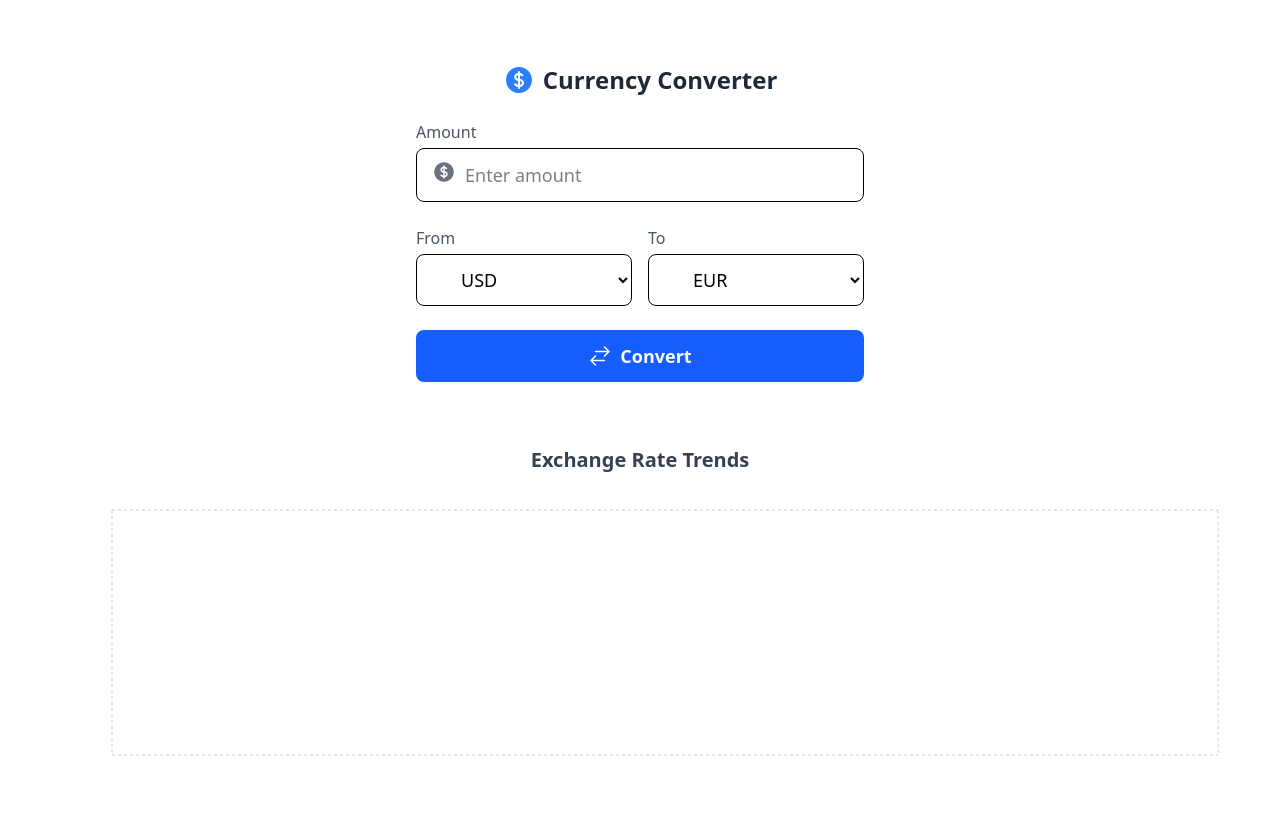
Repository: adrcstro/withcenter_developer_exam
Page: /
The author's editor kept a copy of each file at every save. The page is drawn from the files as they stood at one save, then again after the next save.
The browser window is 1280 px wide. The pictures show the whole page.
The page's requests for data from a server got no answer. The project was rebuilt for these pictures with package versions that can differ from the ones it lists, and the page was loaded fresh each time. No one was signed in, and anything a server would have sent is missing. Also part of the build but not shown: vite.config.ts.

Above is the page before, as saved 2025-03-17 07:56:17.

### index.html
<!doctype html>
<html lang="en">
  <head>
    <meta charset="UTF-8" />
    <link rel="icon" type="image/svg+xml" href="/vite.svg" />
    <meta name="viewport" content="width=device-width, initial-scale=1.0" />
    <title>Vite + React + TS</title>
    <!-- public/index.html -->
  <link href="https://fonts.googleapis.com/css2?family=Montserrat:wght@300;400;500;700&display=swap" rel="stylesheet">


  </head>
  <body>
    <div id="root"></div>
    <script type="module" src="/src/main.tsx"></script>
  </body>
</html>

### src/main.tsx

import { createRoot } from 'react-dom/client'
import './index.css'
import App from './App.tsx'

createRoot(document.getElementById('root')!).render(

    <App />

)

### src/App.tsx
// src/App.tsx
import { Provider } from "react-redux";
import { QueryClient, QueryClientProvider } from "@tanstack/react-query";
import { store } from "./Store/store";
import { useAppDispatch, useAppSelector } from "./Store/hooks";
import { setAmount, setFromCurrency, setToCurrency, setConvertedAmount } from "./Store/exchangeRateSlice";
import { useExchangeRates } from "./Store/useExchangeRates";
import { ArrowsRightLeftIcon, CurrencyDollarIcon } from "@heroicons/react/24/solid";
import { AreaChart, Area, XAxis, YAxis, CartesianGrid, Tooltip, ResponsiveContainer } from "recharts";

const currencies = ["USD", "EUR", "GBP", "JPY", "INR"];
const queryClient = new QueryClient();

function CurrencyConverter() {
  const dispatch = useAppDispatch();
  const { fromCurrency, toCurrency, amount, convertedAmount } = useAppSelector((state) => state.exchangeRates);
  const { data: exchangeRates} = useExchangeRates(fromCurrency);

  const handleConvert = () => {
    if (!exchangeRates) return;
    const rate = exchangeRates[toCurrency] || 1;
    dispatch(setConvertedAmount((parseFloat(amount) * rate).toFixed(2)));
  };

  const chartData = exchangeRates ?
    Object.entries(exchangeRates).map(([currency, rate]) => ({ currency, rate })) : [];

  return (
    <div className="flex flex-col items-center justify-center min-h-screen bg-white p-8">
 <div className="flex flex-col items-center justify-center w-full max-w-[3000px] px-8">

    <div className="bg-white rounded-xl p-8 w-full max-w-lg">

          <h2 className="text-2xl font-bold text-gray-800 text-center mb-6 flex items-center justify-center gap-2">
            <CurrencyDollarIcon className="w-8 h-8 text-blue-500" />
            Currency Converter
          </h2>

          <div className="mb-6">
            <label className="block text-gray-600 text-base font-medium">Amount</label>
            <div className="relative">
              <input
                type="number"
                value={amount}
                onChange={(e) => dispatch(setAmount(e.target.value))}
                className="w-full mt-1 pl-12 pr-4 py-3 border rounded-lg text-lg focus:outline-none focus:ring-2 focus:ring-blue-400"
                placeholder="Enter amount"
              />
              <CurrencyDollarIcon className="w-6 h-6 text-gray-500 absolute left-4 top-4" />
            </div>
          </div>

          <div className="flex gap-4 mb-6">
            <div className="w-1/2">
              <label className="block text-gray-600 text-base font-medium">From</label>
              <select
                value={fromCurrency}
                onChange={(e) => dispatch(setFromCurrency(e.target.value))}
                className="w-full mt-1 pl-10 pr-4 py-3 border rounded-lg text-lg focus:outline-none focus:ring-2 focus:ring-blue-400"
              >
                {currencies.map((currency) => (
                  <option key={currency} value={currency}>{currency}</option>
                ))}
              </select>
            </div>
            <div className="w-1/2">
              <label className="block text-gray-600 text-base font-medium">To</label>
              <select
                value={toCurrency}
                onChange={(e) => dispatch(setToCurrency(e.target.value))}
                className="w-full mt-1 pl-10 pr-4 py-3 border rounded-lg text-lg focus:outline-none focus:ring-2 focus:ring-blue-400"
              >
                {currencies.map((currency) => (
                  <option key={currency} value={currency}>{currency}</option>
                ))}
              </select>
            </div>
          </div>

          <button
            onClick={handleConvert}
            className="w-full bg-blue-600 hover:bg-blue-700 text-white text-lg font-semibold py-3 rounded-lg flex items-center justify-center gap-2 transition duration-300"
          >
            <ArrowsRightLeftIcon className="w-6 h-6" />
            Convert
          </button>

          {convertedAmount && (
            <div className="mt-6 text-center">
              <p className="text-gray-800 text-xl">
                {amount} {fromCurrency} = <span className="font-bold text-green-600">{convertedAmount} {toCurrency}</span>
              </p>
            </div>
          )}
        </div>
      </div>

      {/* Chart Section */}
      <div className="w-full max-w-7xl mt-8">
        <h2 className="text-xl font-semibold text-gray-700 text-center mb-4">Exchange Rate Trends</h2>
        <ResponsiveContainer width="100%" height={300}>
          <AreaChart data={chartData} margin={{ top: 20, right: 30, left: 20, bottom: 5 }}>
            <CartesianGrid strokeDasharray="3 3" />
            <XAxis dataKey="currency" />
            <YAxis />
            <Tooltip />
            <Area type="monotone" dataKey="rate" stroke="#8884d8" fill="#8884d8" />
          </AreaChart>
        </ResponsiveContainer>
      </div>
    </div>
  );
}

export default function App() {
  return (
    <Provider store={store}>
      <QueryClientProvider client={queryClient}>
        <CurrencyConverter />
      </QueryClientProvider>
    </Provider>
  );
}

### src/Store/store.ts
// src/store/store.ts
import { configureStore } from "@reduxjs/toolkit";
import exchangeRateReducer from "./exchangeRateSlice";

export const store = configureStore({
  reducer: {
    exchangeRates: exchangeRateReducer,
  },
});

export type RootState = ReturnType<typeof store.getState>;
export type AppDispatch = typeof store.dispatch;

### src/Store/hooks.ts
// src/store/hooks.ts
import { TypedUseSelectorHook, useDispatch, useSelector } from "react-redux";
import type { RootState, AppDispatch } from "./store";

export const useAppDispatch: () => AppDispatch = useDispatch;
export const useAppSelector: TypedUseSelectorHook<RootState> = useSelector;

### src/Store/exchangeRateSlice.ts
// src/store/exchangeRateSlice.ts
import { createSlice, PayloadAction } from "@reduxjs/toolkit";

interface ExchangeRateState {
  fromCurrency: string;
  toCurrency: string;
  amount: string;
  convertedAmount: string;
}

const initialState: ExchangeRateState = {
  fromCurrency: "USD",
  toCurrency: "EUR",
  amount: "",
  convertedAmount: "",
};

const exchangeRateSlice = createSlice({
  name: "exchangeRate",
  initialState,
  reducers: {
    setFromCurrency: (state, action: PayloadAction<string>) => {
      state.fromCurrency = action.payload;
    },
    setToCurrency: (state, action: PayloadAction<string>) => {
      state.toCurrency = action.payload;
    },
    setAmount: (state, action: PayloadAction<string>) => {
      state.amount = action.payload;
    },
    setConvertedAmount: (state, action: PayloadAction<string>) => {
      state.convertedAmount = action.payload;
    },
  },
});

export const { setFromCurrency, setToCurrency, setAmount, setConvertedAmount } = exchangeRateSlice.actions;
export default exchangeRateSlice.reducer;

### src/Store/useExchangeRates.ts
// src/store/useExchangeRates.ts
import { useQuery } from "@tanstack/react-query";
import axios from "axios";

const API_KEY = "a532237798c886cb201fa22c";
const BASE_URL = "https://v6.exchangerate-api.com/v6";

const fetchExchangeRates = async (fromCurrency: string) => {
  const response = await axios.get(`${BASE_URL}/${API_KEY}/latest/${fromCurrency}`);
  return response.data.conversion_rates;
};

export const useExchangeRates = (fromCurrency: string) => {
  return useQuery({
    queryKey: ["exchangeRates", fromCurrency],
    queryFn: () => fetchExchangeRates(fromCurrency),
    staleTime: 1000 * 60 * 10, // 10 minutes cache time
  });
};

Loaded but not shown: src/index.css (common file)

After the next save:
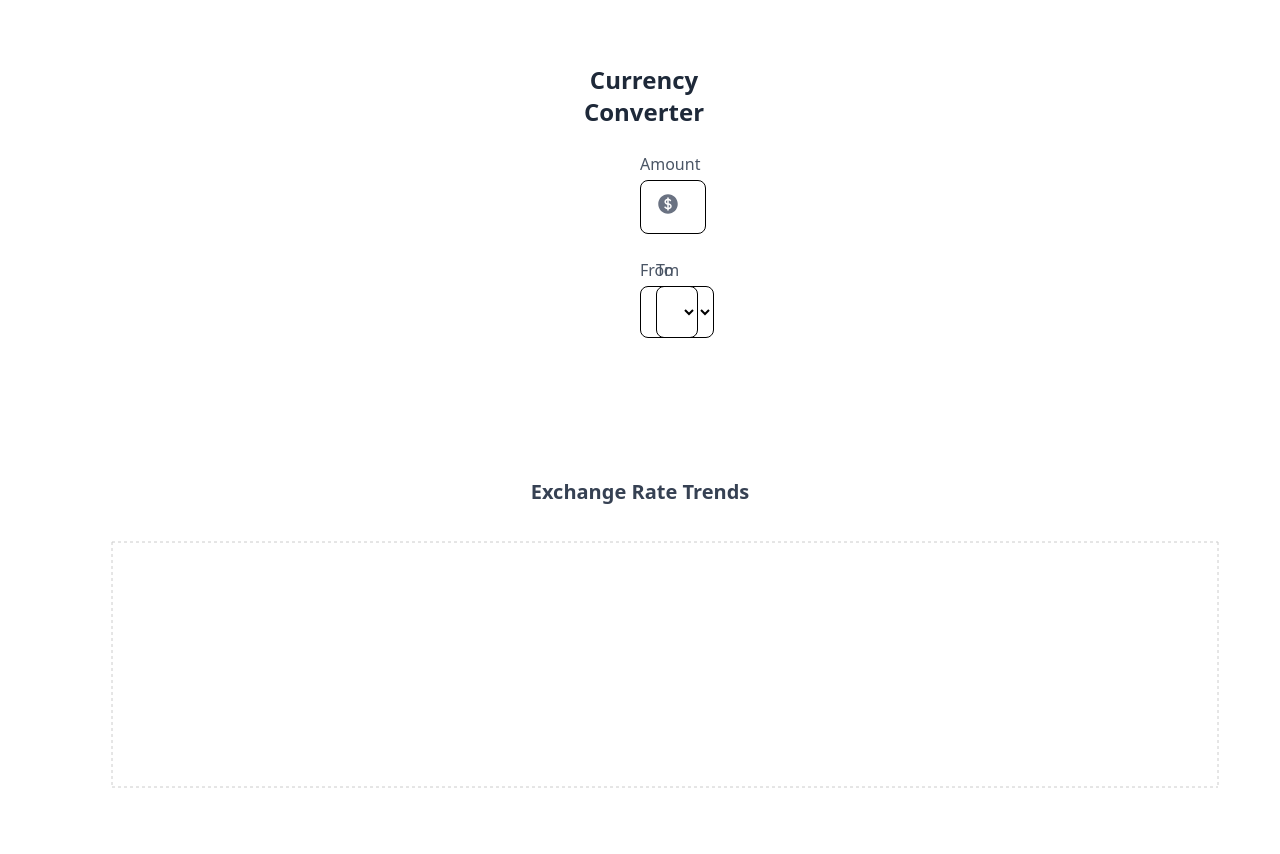
Saved 44 s later.
--- a/src/App.tsx
+++ b/src/App.tsx
@@ -27,7 +27,7 @@
 
   return (
     <div className="flex flex-col items-center justify-center min-h-screen bg-white p-8">
- <div className="flex flex-col items-center justify-center w-full max-w-[3000px] px-8">
+ <div className="flex flex-col items-center justify-center w-full max-w-7 px-8">
 
     <div className="bg-white rounded-xl p-8 w-full max-w-lg">
 

After the save that followed:
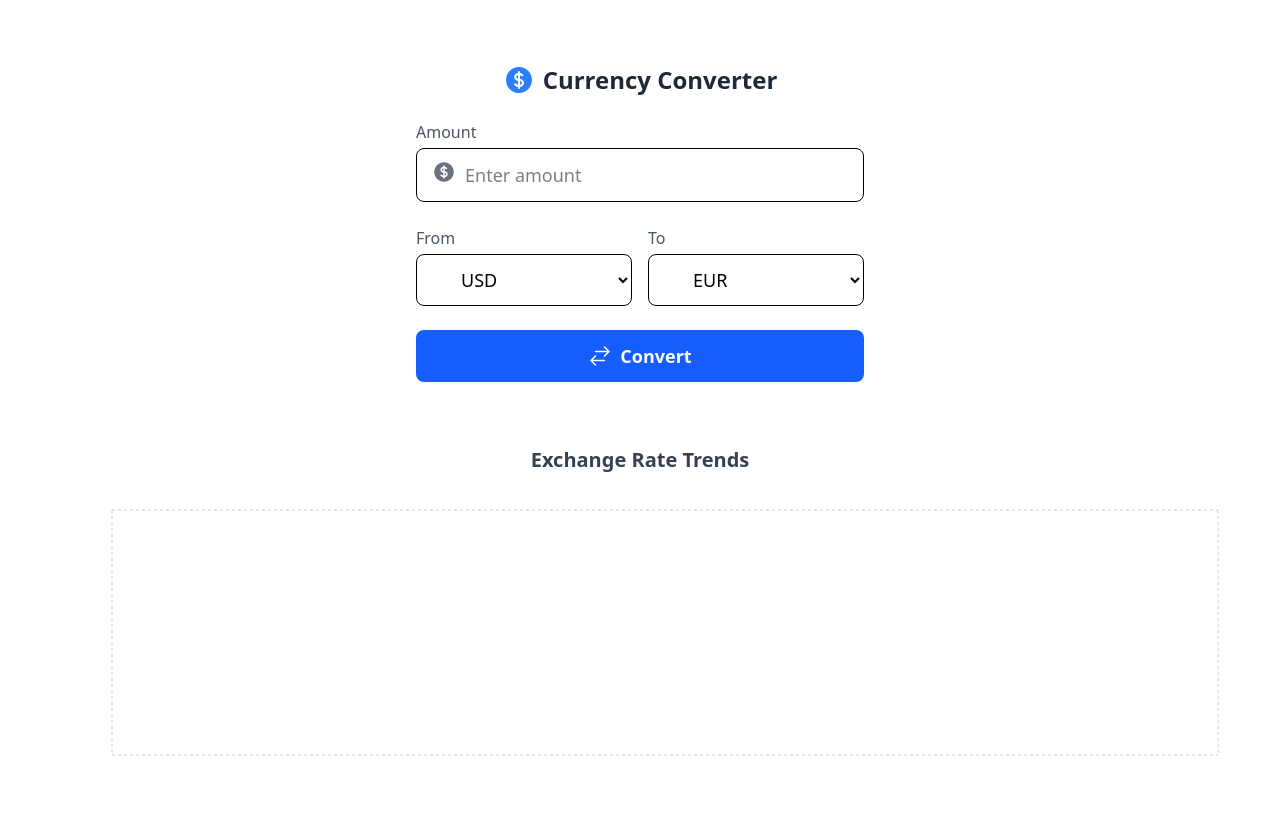
Saved 17 s later.
--- a/src/App.tsx
+++ b/src/App.tsx
@@ -27,7 +27,7 @@
 
   return (
     <div className="flex flex-col items-center justify-center min-h-screen bg-white p-8">
- <div className="flex flex-col items-center justify-center w-full max-w-7 px-8">
+ <div className="flex flex-col items-center justify-center w-full max-w-7xl px-8">
 
     <div className="bg-white rounded-xl p-8 w-full max-w-lg">
 
